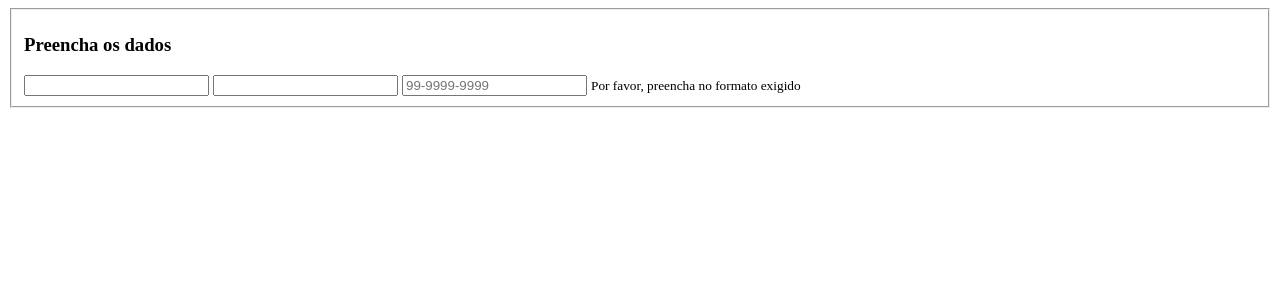
Repository: Leonngc/DEV-COLLEGE
Page: registration.html
The author's editor kept a copy of each file at every save. The page is drawn from the files as they stood at one save, then again after a run of saves.
The browser window is 1280 px wide. The pictures show the whole page.

Above is the page before, as saved 2023-03-12 13:19:33.

### registration.html
<!DOCTYPE html>
<html lang="pt-br">
<head>
    <meta charset="UTF-8">
    <meta http-equiv="X-UA-Compatible" content="IE=edge">
    <meta name="viewport" content="width=device-width, initial-scale=1.0">
    <title>Matricule-se</title>
</head>
<body>
    <header>

    </header>
    <main>
        <fieldset>
            <h3>Preencha os dados</h3>
            <form action="">
                <input type="text" id="username" required minlength="1" maxlength="99">
                <input type="email" name="emailUser" id="userEmail" required>
                <input type="tel" name="phone" id="phone" pattern="[0-9]{2}-[0-9]{4}-[0-9]{4}" required maxlength="13" placeholder="99-9999-9999"> <small>Por favor, preencha no formato exigido</small>
            </form>
        </fieldset>
    </main>
</body>
</html>

After the next 3 saves:
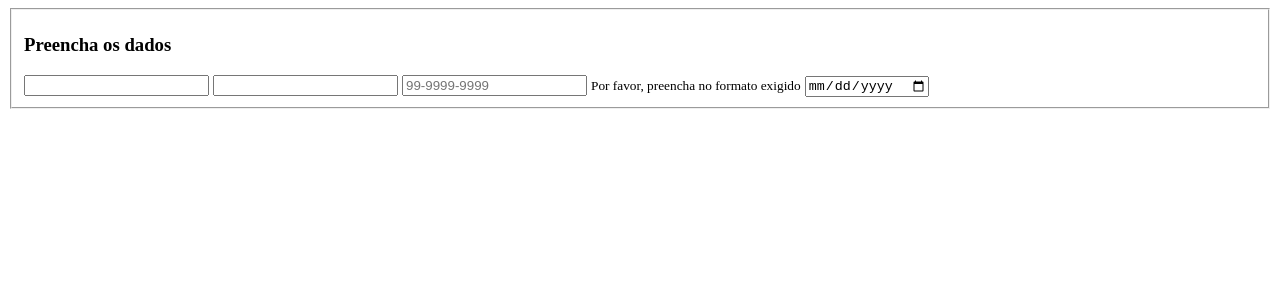
The 3 saves are shown as one change because they came seconds apart.
The last was saved 2 min 59 s later.
--- a/registration.html
+++ b/registration.html
@@ -17,6 +17,7 @@
                 <input type="text" id="username" required minlength="1" maxlength="99">
                 <input type="email" name="emailUser" id="userEmail" required>
                 <input type="tel" name="phone" id="phone" pattern="[0-9]{2}-[0-9]{4}-[0-9]{4}" required maxlength="13" placeholder="99-9999-9999"> <small>Por favor, preencha no formato exigido</small>
+                <input type="date" name="" id="">
             </form>
         </fieldset>
     </main>
